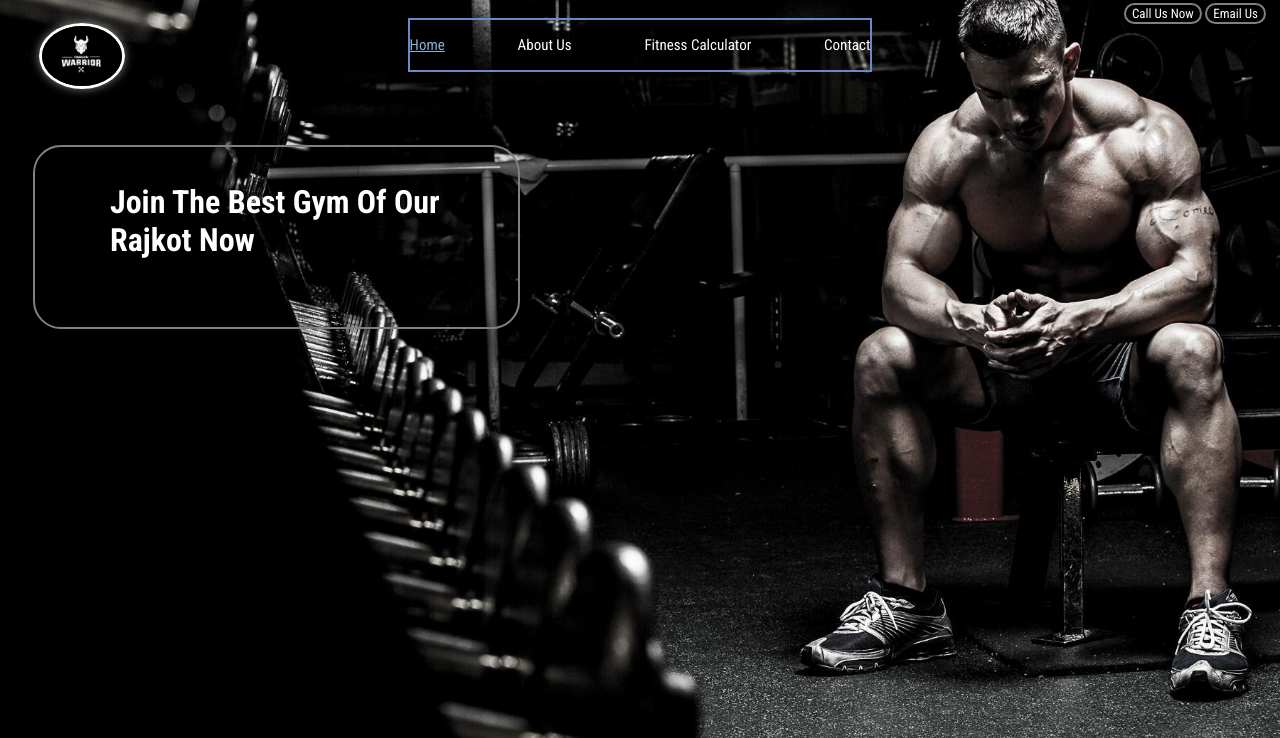
Repository: asthaasquare/project-1
Page: project-1/index.html
These files come from the project's save history. The page is drawn as it stood at one moment and after the next save; the edit follows.
The browser window is 1280 px wide. The pictures show the whole page.
Some web fonts or font styles are not loaded; a fallback is used.

Above is the page before, as saved 2024-05-09 17:36:23.

### project-1/index.html
<!DOCTYPE html>
<html lang="en">
  <head>
    <meta charset="UTF-8" />
    <meta name="viewport" content="width=device-width, initial-scale=1.0" />
    <title>Fit World</title>
  </head>
  <link rel="preconnect" href="https://fonts.googleapis.com" />
  <link rel="preconnect" href="https://fonts.gstatic.com" crossorigin />
  <link
    href="https://fonts.googleapis.com/css2?family=Briem+Hand:wght@100..900&family=Jaro:opsz@6..72&family=Jersey+25+Charted&family=Oswald:wght@200..700&family=Poetsen+One&family=Raleway:ital,wght@0,100..900;1,100..900&family=Roboto+Condensed:ital,wght@0,100..900;1,100..900&display=swap"
    rel="stylesheet"
  />
  <link rel="stylesheet" href="css/style.css" />
  <style>
    body {
      color: white;
      margin: 0;
      padding: 0;
      background-image: url("img/1087639.jpg");
      background-size: cover; /* This will make sure the image covers the entire background */
      background-position: center; /* This will center the image within the container */
      height: 100vh; /* This will set the height of the background to the viewport height */
      font-family: "Roboto Condensed", sans-serif;
      font-optical-sizing: auto;
    }

    .left {
      /* border: 2px double rgb(75, 62, 62); */
      display: inline-block;
      position: absolute;
      top: 0px;
      left: 34px;
      padding: 5px; /* Add some padding around the logo */
    }

    .left img {
      width: 80px;
      height: auto;
      border-radius: 50%;
      border: 3px solid white;
      box-shadow: 0 0 10px rgba(255, 255, 255, 0.5);
    }

    .left div {
      line-height: 0px;
    }

    .mid {
      margin: 18px auto;
      display: block;
      width: 36%;
      border: 2px double rgb(106, 137, 200);
    }

    .right {
      position: absolute;
      display: inline-block;
      /* border: 2px double rgb(100, 96, 222); */
      top: 0px;
      right: 34px;
    }

    .navbar {
      display: flex; /* Use flexbox for better alignment */
      justify-content: space-between; /* Distribute items evenly across the container */
      align-items: center; /* Center items vertically */
      padding: 0;
    }

    .navbar li {
      font-size: 15px;
      list-style: none; /* Remove default list styles */
      margin-right: 20px; /* Add some spacing between navbar items */
    }

    .navbar li a {
      color: white;
      text-decoration: none;
    }

    .navbar li a:hover,
    .navbar li a.active {
      text-decoration: underline;
      color: rgb(136, 177, 215);
    }

    .navbar li:last-child {
      margin-right: 0; /* Remove margin from the last navbar item */
    }

    .header {
      position: relative; /* Set position to relative to allow absolute positioning of ch
      ild elements */
    }

    .container {
      border: 2px solid grey;
      margin: 73px 33px;
      padding: 75px;
      width: 26%;

      height: 30px;
      border-radius: 28px;
    }

    .btn {
      margin: 0px 0px;
      color: white;
      background-color: black;
      position: relative;
      right: 22px;
      top: -15px;
      left: 20px;
      border: 2px solid grey;
      border-radius: 13px;
      font-size: 13px;
      cursor: pointer;
      transition: background-color 0.3s, border-color 0.3s;
      font-family: "Roboto Condensed", sans-serif;
    }

    .btn:hover {
      background-color: grey; /* Change background color on hover */
      border-color: black; /* Change border color on hover */
    }

    h1{
      position: relative;
      top:-60px;
    }
  </style>

  <body>
    <header class="header">
      <div class="left">
        <img src="img/logo.jpg" alt="Logo" />
      </div>
      <div class="mid">
        <ul class="navbar">
          <li><a href="#" class="active">Home</a></li>
          <li><a href="#">About Us</a></li>
          <li><a href="#">Fitness Calculator</a></li>
          <li><a href="#">Contact</a></li>
        </ul>
      </div>
      <div class="right">
        <button class="btn">Call Us Now</button>
        <button class="btn">Email Us</button>
      </div>
    </header>

    <div class="container">
      <h1>Join The Best Gym Of Our Rajkot Now</h1>
    </div>
  </body>
</html>

Loaded but not shown: project-1/css/style.css (no stored copy; drawn as an empty file)

After the next save:
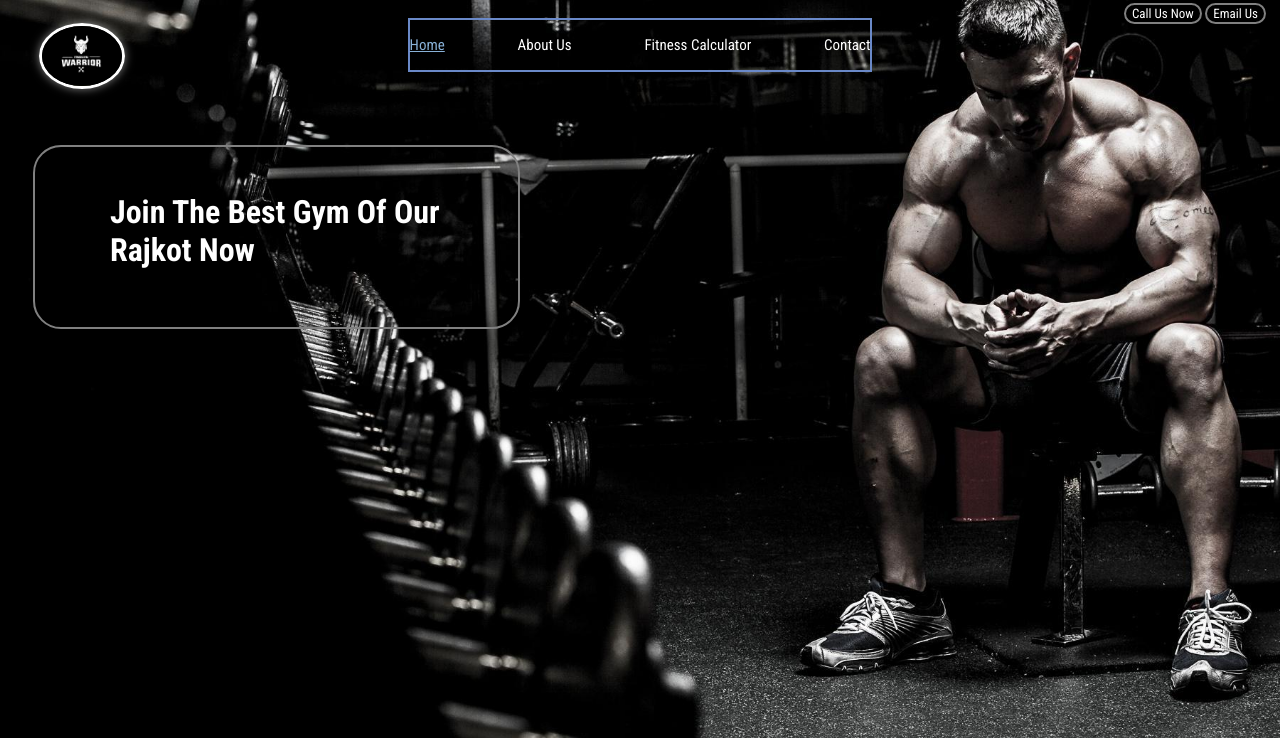
Saved 6 s later.
--- a/project-1/index.html
+++ b/project-1/index.html
@@ -127,7 +127,7 @@
 
     h1{
       position: relative;
-      top:-60px;
+      top:-50px;
     }
   </style>
 
